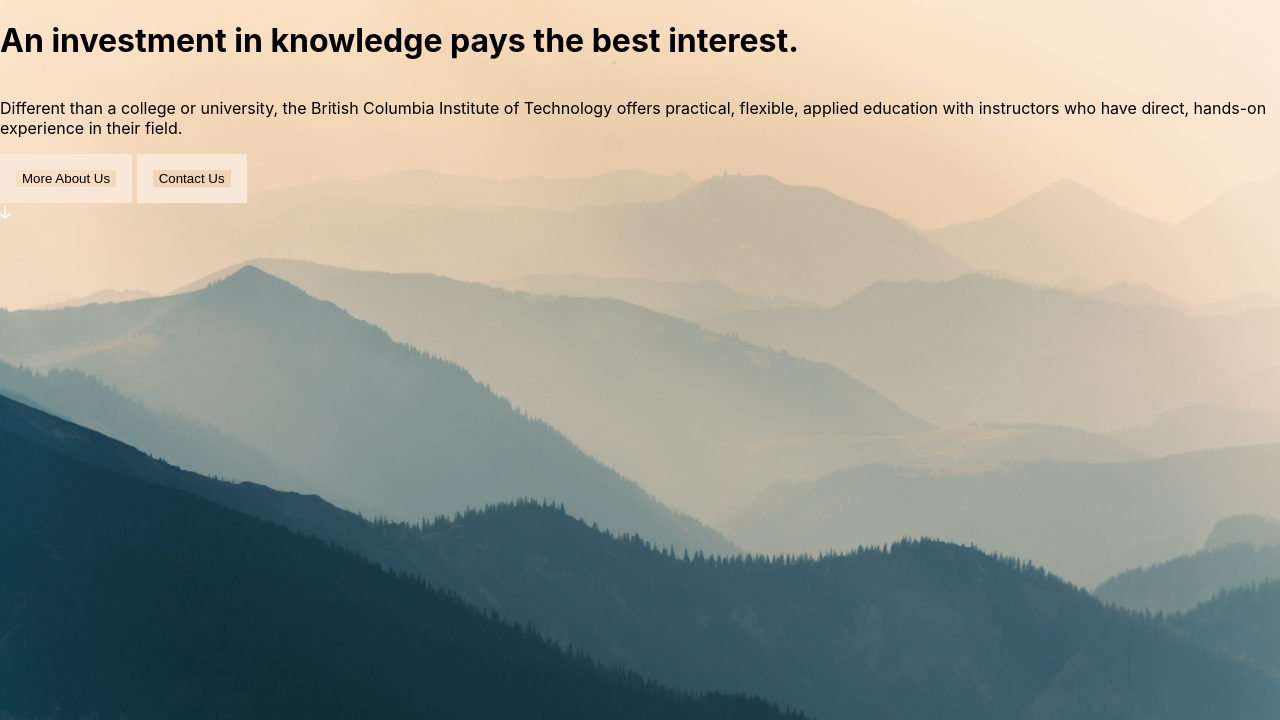
Repository: SaraShio/A01314209_Sara_Shiojima
Page: /
These files come from the project's save history. The page is drawn as it stood at one moment and after the next save; the edit follows.
The browser window is 1280 px wide. The pictures show the whole page.
The project was rebuilt for these pictures with package versions that can differ from the ones it lists, and the page was loaded fresh each time. The framework's server and built-in components were replaced by stand-ins that run in the browser. Also part of the build but not shown: next.config.js.

Above is the page before, as saved 2023-02-07 22:17:41.

### pages/index.js
import Head from 'next/head'
import Image from 'next/image'
import styles from '../styles/Home.module.css'
import Link from 'next/link'
import Arrow from '../components/Arrow'

export default function Home() {
  return (
    <>
      <Head>
        <title>Home</title>
        <meta name="author" content="MDIA 2109" />
        <meta property="og:title" content="Assignment #1 - Home Page" />
        <meta property="og:description" content="BCIT Digital Design and Development Diploma" />
        <link rel="icon" href='/favicon.png' />
      </Head>

      <main className={styles.main}>
        <div className={styles.content}>
          <header>
            <h1>An investment in knowledge pays the best interest.</h1>
          </header>

          <p>Different than a college or university, the British Columbia Institute of Technology offers practical, flexible, applied education with instructors who have direct, hands-on experience in their field.</p>
          <div>
            <a href='/about'> <button className={styles.button}>More About Us</button></a>

            <a href='/contact'> <button className={styles.button}>Contact Us</button></a>
          </div>
        </div>
        <Arrow page="Home" />
      </main>
    </>
  )
}

### styles/Home.module.css
:root{
--beige:#f9e8d8;
}


.main{
background-image: url(../public/background-images/backgroundMountain.jpg);
height: 100vh;
width: 100vw;
 background-size: cover;
  background-repeat:no-repeat;
  background-position:center;
}



.content{
    display: flex;
    flex-direction: column;
    justify-content: center;
    align-items: left;
}

.button{
background-color: transparent;
border: 1rem solid var(--beige);
}

### components/Arrow/index.js
import styles from './Arrow.module.css'

export default function Arrow({
    page = "home",
}) {
    return (

        page.toLowerCase() === "home" ?
            <div className={styles.arrow}><a><span><img src={'public/icons/downwardArrow.png'} /></span></a>
            </div> :
            page.toLowerCase() === "about" ?
                <div className={styles.arrow}><a><span><img src={'public/icons/upwardArrow.png'} /></span></a>
                    <a><span><img src={'public/icons/downwardArrow.png'} /></span></a>
                </div> :
                page.toLowerCase() === "contact" ?
                    <div className={styles.arrow}><a href="/about"><span><img src={'public/icons/upwardArrow.png'} /></span></a>
                    </div> :
                    <div className={styles.arrow}><a href="/"><span><img src={'public/icons/downwardArrow.png'} /></span></a>
                    </div>
    )
}

### components/Arrow/Arrow.module.css
.arrow{
    color: pink;
    bottom:20px;
}


.arrow > a > span > img{
    width: 10px;
}

Loaded but not shown: pages/_app.js (common file); styles/globals.css (common file)

After the next save:
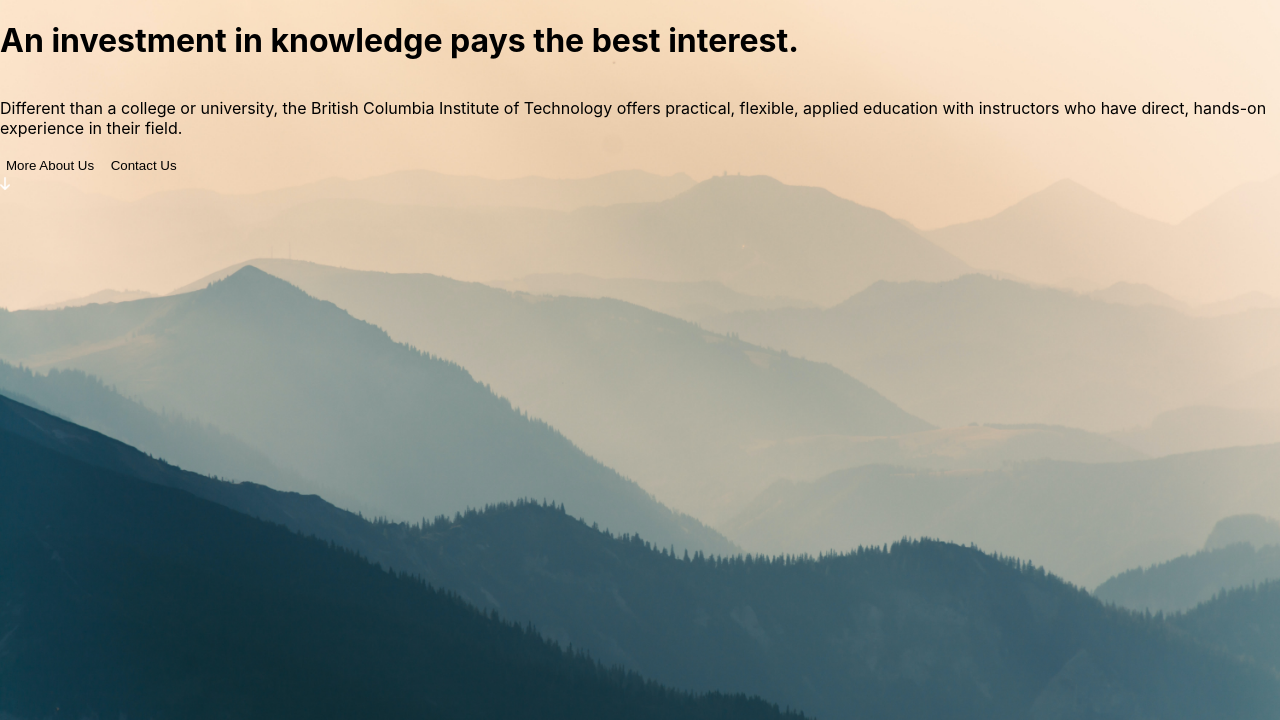
Saved 41 s later.
--- a/styles/Home.module.css
+++ b/styles/Home.module.css
@@ -1,7 +1,3 @@
-:root{
---beige:#f9e8d8;
-}
-
 
 .main{
 background-image: url(../public/background-images/backgroundMountain.jpg);
